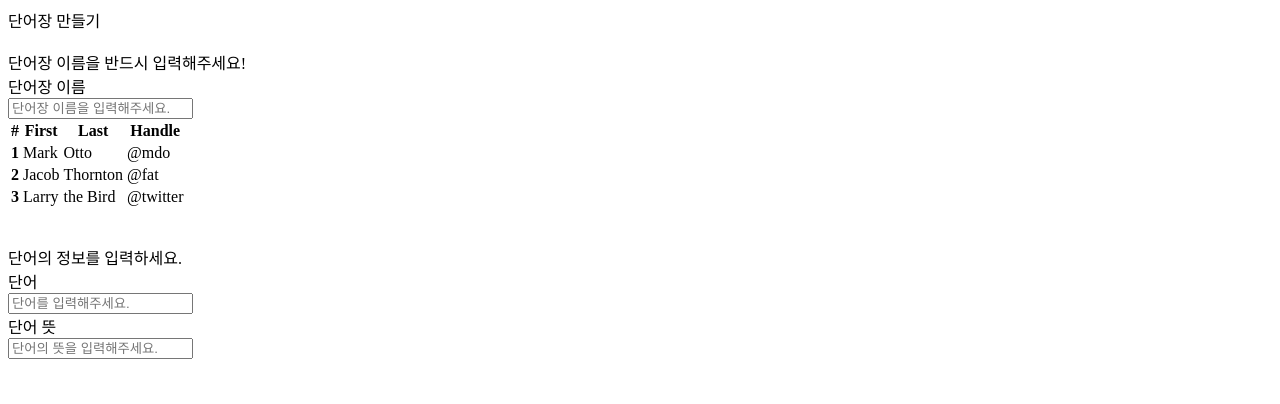
Repository: Pastelkun99/remembrance
Page: http://localhost/ProjectRemembrance/WEB-INF/views/menu_pages/11_makeWordCard.jsp
These files come from the project's save history. The page is drawn as it stood at one moment and after the next save; the edit follows.
The browser window is 1280 px wide. The pictures show the whole page.
The page is served by Tomcat 9. Nobody is signed in. Other server files are loaded and not shown. The template is opened directly, without the code that normally fills it, so the values that code supplies are empty.

Above is the page before, as saved 2019-08-27 13:29:00.

### ProjectRemembrance/src/main/webapp/WEB-INF/views/menu_pages/11_makeWordCard.jsp
<%@ page language="java" contentType="text/html; charset=UTF-8"
	pageEncoding="UTF-8"%>
<%@ taglib uri="http://java.sun.com/jsp/jstl/core" prefix="c"%>
<%@ taglib uri="http://www.springframework.org/tags/form" prefix="form"%>

<div class="container">
	<div class="alert alert-success" role="alert">단어장 만들기</div>
	<br /> <label for="basic-url">단어장 이름을 반드시 입력해주세요!</label>
	<div class="input-group mb-3">
		<div class="input-group-prepend">
			<span class="input-group-text" id="basic-addon1">단어장 이름</span>
		</div>
		<input type="text" class="form-control" id="q_name"
			placeholder="단어장 이름을 입력해주세요." required="required"> </br>
	</div>
	<table class="table">
		<thead class="thead-light">
			<tr>
				<th scope="col">#</th>
				<th scope="col">First</th>
				<th scope="col">Last</th>
				<th scope="col">Handle</th>
			</tr>
		</thead>
		<tbody>
			<tr>
				<th scope="row">1</th>
				<td>Mark</td>
				<td>Otto</td>
				<td>@mdo</td>
			</tr>
			<tr>
				<th scope="row">2</th>
				<td>Jacob</td>
				<td>Thornton</td>
				<td>@fat</td>
			</tr>
			<tr>
				<th scope="row">3</th>
				<td>Larry</td>
				<td>the Bird</td>
				<td>@twitter</td>
			</tr>
		</tbody>
	</table>

</div>



</br>
</br>
<div class="container" align="left">
	<label for="basic-url"> 단어의 정보를 입력하세요.</label>
	<div class="row">
		<div class="col">
			<div class="input-group mb-3">
				<div class="input-group-prepend">
					<span class="input-group-text" id="basic-addon1">단어</span>
				</div>
				<input type="text" class="form-control" id="q_front"
					placeholder="단어를 입력해주세요." required="required">
			</div>

		</div>
		<div class="col">
			<div class="input-group mb-3">
				<div class="input-group-prepend">
					<span class="input-group-text" id="basic-addon3">단어 뜻</span>
				</div>
				<input type="text" class="form-control" id="q_back"
					placeholder="단어의 뜻을 입력해주세요." required="required">
			</div>

		</div>
	</div>
</div>

After the next save:
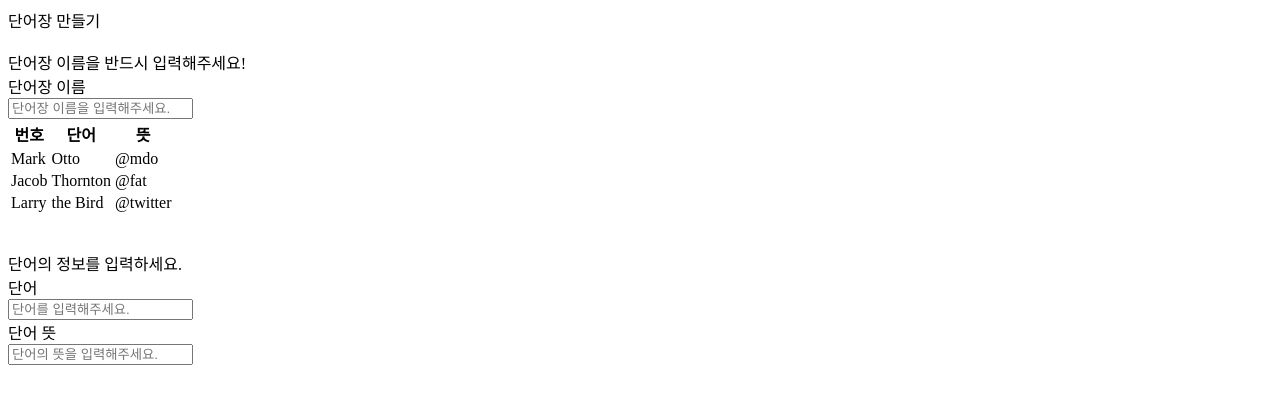
Saved 57 s later.
--- a/ProjectRemembrance/src/main/webapp/WEB-INF/views/menu_pages/11_makeWordCard.jsp
+++ b/ProjectRemembrance/src/main/webapp/WEB-INF/views/menu_pages/11_makeWordCard.jsp
@@ -16,27 +16,23 @@
 	<table class="table">
 		<thead class="thead-light">
 			<tr>
-				<th scope="col">#</th>
-				<th scope="col">First</th>
-				<th scope="col">Last</th>
-				<th scope="col">Handle</th>
+				<th scope="col">번호</th>
+				<th scope="col">단어</th>
+				<th scope="col">뜻</th>
 			</tr>
 		</thead>
 		<tbody>
 			<tr>
-				<th scope="row">1</th>
 				<td>Mark</td>
 				<td>Otto</td>
 				<td>@mdo</td>
 			</tr>
 			<tr>
-				<th scope="row">2</th>
 				<td>Jacob</td>
 				<td>Thornton</td>
 				<td>@fat</td>
 			</tr>
 			<tr>
-				<th scope="row">3</th>
 				<td>Larry</td>
 				<td>the Bird</td>
 				<td>@twitter</td>
